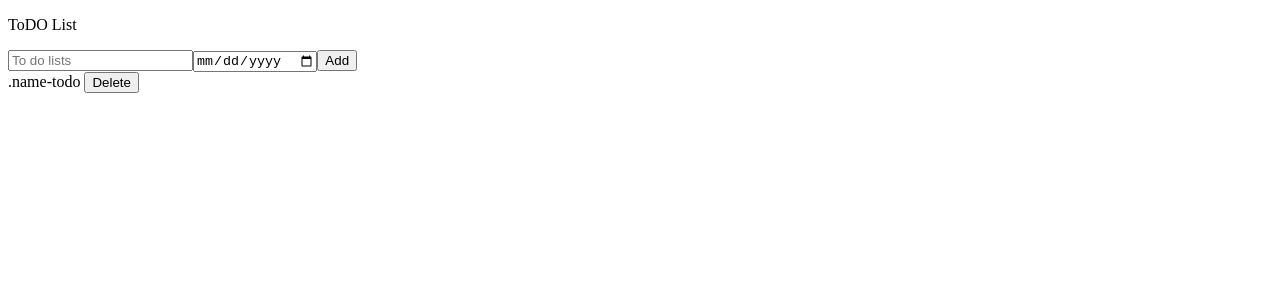
Repository: pgyunknown/ToDo-List
Page: index.html
These files come from the project's save history. The page is drawn as it stood at one moment and after a run of saves; the edit follows.
The browser window is 1280 px wide. The pictures show the whole page.

Above is the page before, as saved 2024-08-29 19:37:01.

After the next 3 saves:
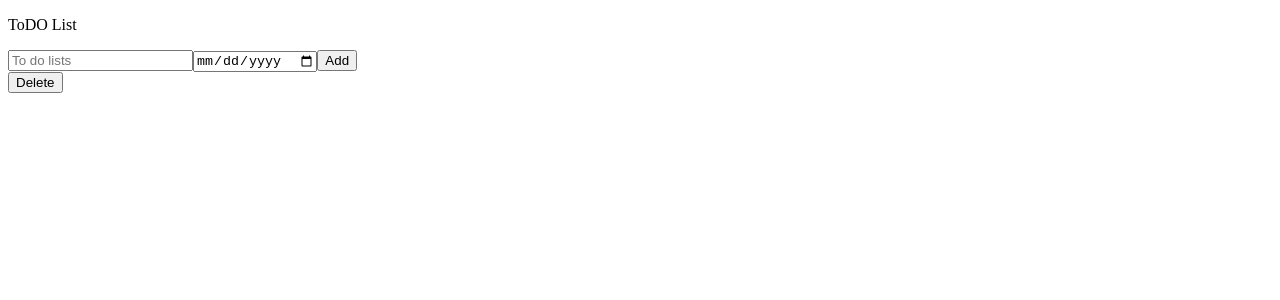
The 3 saves are shown as one change because they came seconds apart.
The last was saved 8 s later.
--- a/index.js
+++ b/index.js
@@ -11,7 +11,7 @@ function eventList(){
     const {name}=todoObj;
     const {duedate}=todoObj;
     const html=`
-    .name-todo
+    <div>${name}</div>
     ${duedate}
     <button onclick="todoList.splice(${i},1);
     eventList();">Delete</button>
